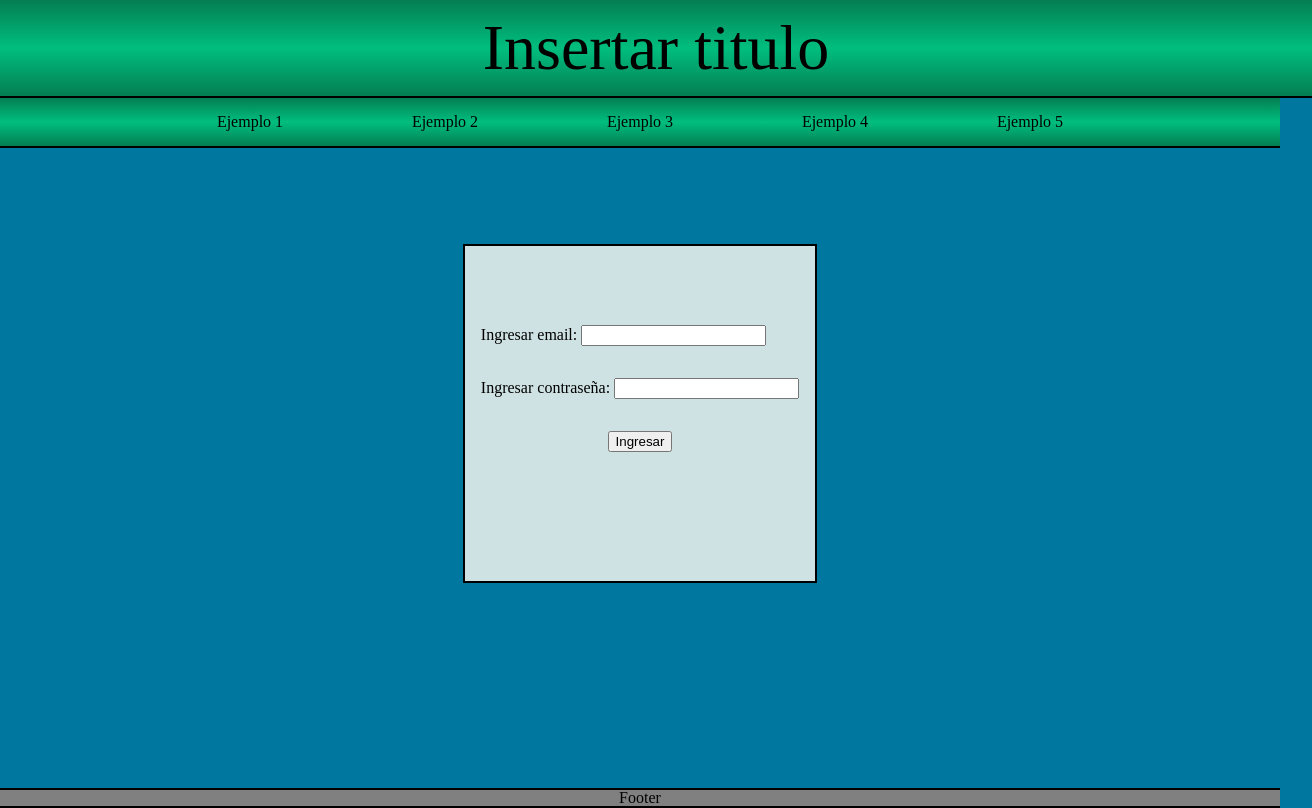
Repository: FacundoKinderknecht/Parcial-2-LPPA
Page: login/login.html
These files come from the project's save history. The page is drawn as it stood at one moment and after the next save; the edit follows.
The browser window is 1280 px wide. The page is 1312 px wide, so the pictures cover 1312 px, including what lies to the right of the window. The pictures show the whole page.

Above is the page before, as saved 2022-07-06 10:43:08.

### login/login.html
<!DOCTYPE html>
<html lang="en">
<head>
    <meta charset="UTF-8">
    <meta http-equiv="X-UA-Compatible" content="IE=edge">
    <meta name="viewport" content="width=device-width, initial-scale=1.0">
    <title>Document</title>
    <link rel="stylesheet" href="/reset.css">
    <link rel="stylesheet" href="/login/login.css">
    <script src="/login/login.js"></script>
</head>
<body>
    <header>
        <h1>Insertar titulo</h1>
    </header>
    <nav>
        <li>
            <a href="#">Ejemplo 1</a>
            <a href="#">Ejemplo 2</a>
            <a href="#">Ejemplo 3</a>
            <a href="#">Ejemplo 4</a>
            <a href="#">Ejemplo 5</a>
        </li>
    </nav>
    <main>
        <form>
            <div class="email">
                <label for="email">Ingresar email:</label>
                <input type="text" name="email" id="email">
            </div>
            <div class="contraseña">
                <label for="contraseña">Ingresar contraseña:</label>
                <input type="password" name="contraseña" id="contraseña">
            </div>
            <div class="boton">
                <input type="submit" value="Ingresar">
            </div>
        </form>
    </main>
    <footer>
        <p>Footer</p>
    </footer>
</body>
</html>

### login/login.css
header{
    width: 100%;
    border-bottom: black 2px solid;
    padding: 1rem;
    font-size: 400%;
    background: linear-gradient(to top, rgb(4, 126, 83), rgb(0, 190, 126), rgb(4, 126, 83));
}
nav{
    display: inline;
    text-decoration: none;
}
li{
    padding: 1rem;
    background: linear-gradient(to top, rgb(4, 126, 83), rgb(0, 190, 126), rgb(4, 126, 83));
    text-decoration: none;
    list-style: none;
    color: black;
    border-bottom: black 2px solid;
}
a{
    padding: 1rem;
    text-decoration: none;
    color: black;
    padding: 0% 5%;
}
body{
    background-color: rgb(0, 119, 159);
    height: 100%;
    align-items: center;
    text-align: center;
    margin: 0;
}
main{
    display: inline-block;
    width: 70%;
    padding-top: 6rem;
    height: 34rem;
}
form{
    display: inline-block;
    background-color: rgb(207, 226, 227);  border: black solid 2px;
    padding-top: 7%;
    height: 50%;
    align-items: center;
    text-align: center;
}
div{
    text-align: left;
    align-items:left;
    padding: 1rem;
}
.boton{
    text-align: center;
}
footer{
    border-top: 2px solid black;
    border-bottom: 2px solid black;
    background-color: grey;
    bottom: 0;
    width: 100%;
}

Loaded but not shown: reset.css (common file); login/login.js (no stored copy; drawn as an empty file)

After the next save:
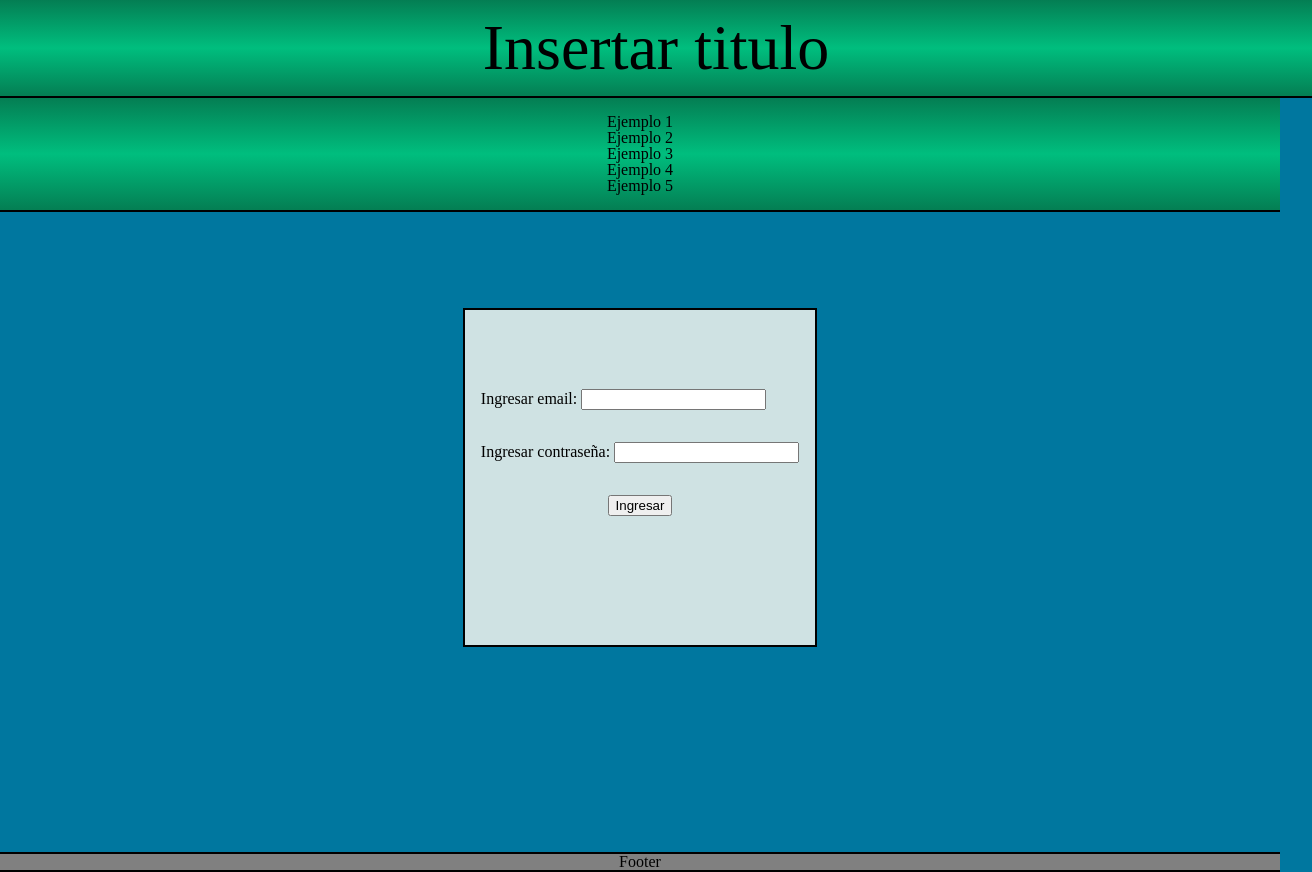
Saved 30 s later.
--- a/login/login.css
+++ b/login/login.css
@@ -18,7 +18,7 @@
     border-bottom: black 2px solid;
 }
 a{
-    padding: 1rem;
+    display: list-item;
     text-decoration: none;
     color: black;
     padding: 0% 5%;

After the save that followed:
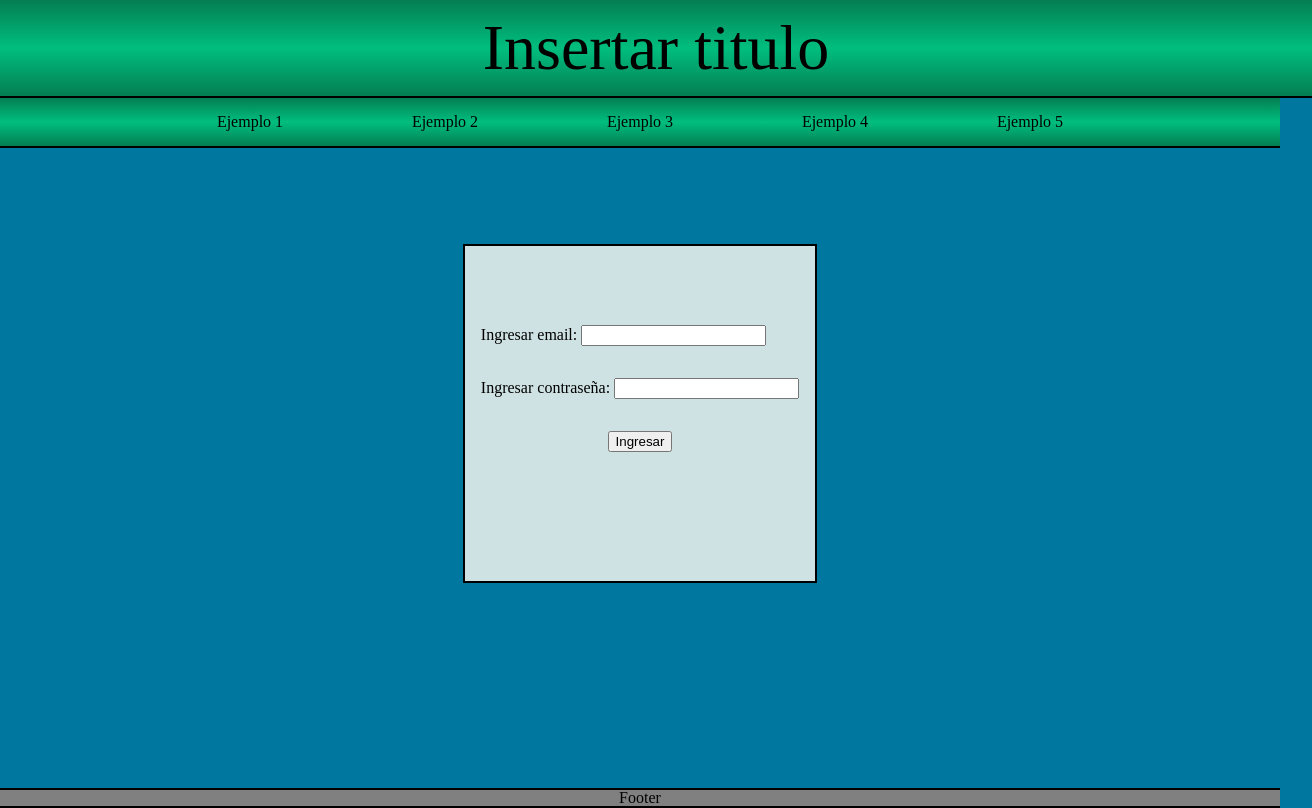
Saved 9 s later.
--- a/login/login.css
+++ b/login/login.css
@@ -18,7 +18,7 @@
     border-bottom: black 2px solid;
 }
 a{
-    display: list-item;
+    display: inline-block;
     text-decoration: none;
     color: black;
     padding: 0% 5%;
